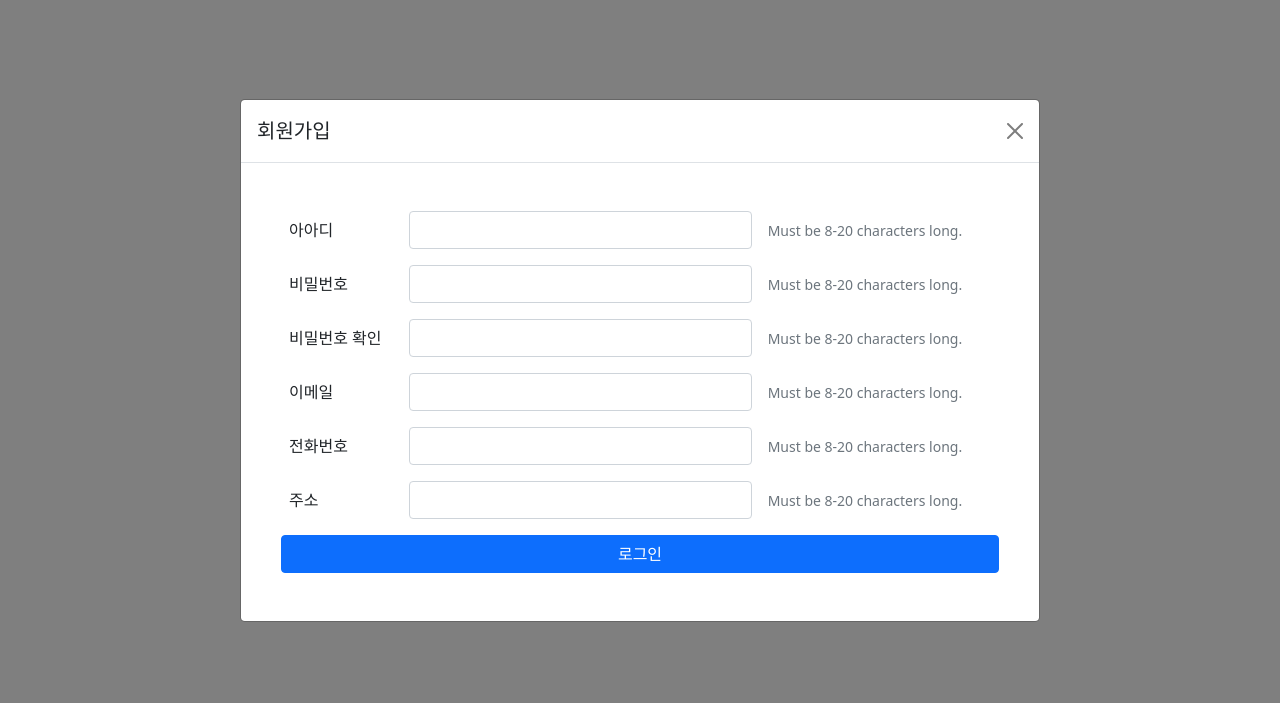
Repository: hyunha95/selfStudy
Page: http://localhost/spring-board/WEB-INF/views/member/enroll.jsp
An editor plug-in stored every save of this project. The page is shown before and after a run of saves, followed by the edit.
The browser window is 1280 px wide. The pictures show the whole page.
The page is served by Tomcat 9. Nobody is signed in. Other server files are loaded and not shown. The template is opened directly, without the code that normally fills it, so the values that code supplies are empty.

Above is the page before, as saved 2022-01-15 08:35:15.

### spring_workspace/spring-board/src/main/webapp/WEB-INF/views/member/enroll.jsp
<%@ page language="java" contentType="text/html; charset=UTF-8"
    pageEncoding="UTF-8"%>
<%@ taglib prefix="c" uri="http://java.sun.com/jsp/jstl/core"%>
<%@ taglib prefix="fmt" uri="http://java.sun.com/jsp/jstl/fmt"%>
<%@ taglib prefix="fn" uri="http://java.sun.com/jsp/jstl/functions"%>
<%@ taglib prefix="sec" uri="http://www.springframework.org/security/tags" %>
<%-- spring-webmvc의존 : security의 csrf토큰 생성 --%>
<%@ taglib prefix="form" uri="http://www.springframework.org/tags/form" %>
<!DOCTYPE html>
<html>
<head>
<!-- Required meta tags -->
<meta charset="utf-8">
<meta name="viewport" content="width=device-width, initial-scale=1">
<title>Insert title here</title>
<script src="https://code.jquery.com/jquery-3.6.0.js" integrity="sha256-H+K7U5CnXl1h5ywQfKtSj8PCmoN9aaq30gDh27Xc0jk=" crossorigin="anonymous"></script>
<link href="https://cdn.jsdelivr.net/npm/bootstrap@5.1.3/dist/css/bootstrap.min.css" rel="stylesheet" integrity="sha384-1BmE4kWBq78iYhFldvKuhfTAU6auU8tT94WrHftjDbrCEXSU1oBoqyl2QvZ6jIW3" crossorigin="anonymous">
<script>
$(() => {
	$(enrollModal)
		.modal('show')
		.on("hide.bs.modal", (e) => {
			location.href = '${pageContext.request.contextPath}';
		});
});
</script>

</head>
<body>
	<!-- Modal 시작 -->
	<div class="modal fade" id="enrollModal" data-bs-backdrop="static" data-bs-keyboard="false" tabindex="-1" aria-labelledby="staticBackdropLabel" aria-hidden="true">
	  <div class="modal-dialog modal-dialog-centered modal-lg">
	    <div class="modal-content">
	      <div class="modal-header">
	        <h5 class="modal-title" id="staticBackdropLabel">회원가입</h5>
	        <button type="button" class="btn-close" data-bs-dismiss="modal" aria-label="Close"></button>
	      </div>
	      <form:form
	      	id="enrollFrm"
	      	action="${pageContext.request.contextPath}/member/enroll.do"
	      	method="post"
	      	class="m-5">
	      	<div class="row g-3 align-items-center">
		        <!-- 아이디 -->
		          <div class="col-2">
				    <label for="id" class="col-form-label">아아디</label>
				  </div>
				  <div class="col-6">
				    <input type="text" id="id" class="form-control">
				  </div>
				  <div class="col-4">
				    <span id="idHelpInline" class="form-text">
				      Must be 8-20 characters long.
				    </span>
				  </div>
			    <!-- 비밀번호 -->
				<div class="col-2">
				    <label for="password" class="col-form-label">비밀번호</label>
				  </div>
				  <div class="col-6">
				    <input type="password" id="password" class="form-control">
				  </div>
				  <div class="col-4">
				    <span id="passwordHelpInline" class="form-text">
				      Must be 8-20 characters long.
				    </span>
				  </div>
				 <!-- 비밀번호 확인 -->
				 <div class="col-2">
				    <label for="passwordCheck" class="col-form-label">비밀번호 확인</label>
				  </div>
				  <div class="col-6">
				    <input type="password" id="passwordCheck" class="form-control">
				  </div>
				  <div class="col-4">
				    <span id="passwordCheckHelpInline" class="form-text">
				      Must be 8-20 characters long.
				    </span>
				  </div>
				  <!-- 이메일 -->
				   <div class="col-2">
				    <label for="email" class="col-form-label">이메일</label>
				  </div>
				  <div class="col-6">
				    <input type="email" id="email" class="form-control">
				  </div>
				  <div class="col-4">
				    <span id="emailHelpInline" class="form-text">
				      Must be 8-20 characters long.
				    </span>
				  </div>
				  <!-- 번호 -->
				  <div class="col-2">
				    <label for="phone" class="col-form-label">전화번호</label>
				  </div>
				  <div class="col-6">
				    <input type="text" id="phone" class="form-control">
				  </div>
				  <div class="col-4">
				    <span id="phoneHelpInline" class="form-text">
				      Must be 8-20 characters long.
				    </span>
				  </div>
				  <!-- 주소 -->
				  <div class="col-2">
				    <label for="address" class="col-form-label">주소</label>
				  </div>
				  <div class="col-6">
				    <input type="text" id="address" class="form-control">
				  </div>
				  <div class="col-4">
				    <span id="addressHelpInline" class="form-text">
				      Must be 8-20 characters long.
				    </span>
				  </div>
				<!-- submit 버튼 -->
			    <button type="submit" class="btn btn-primary mt-3">로그인</button>
	      	</div>
	      </form:form>
	    </div>
	  </div>
	</div>
	<!-- Modal 끝 -->
	<script src="https://cdn.jsdelivr.net/npm/bootstrap@5.1.3/dist/js/bootstrap.bundle.min.js" integrity="sha384-ka7Sk0Gln4gmtz2MlQnikT1wXgYsOg+OMhuP+IlRH9sENBO0LRn5q+8nbTov4+1p" crossorigin="anonymous"></script>
</body>
</html>

After the next 2 saves:
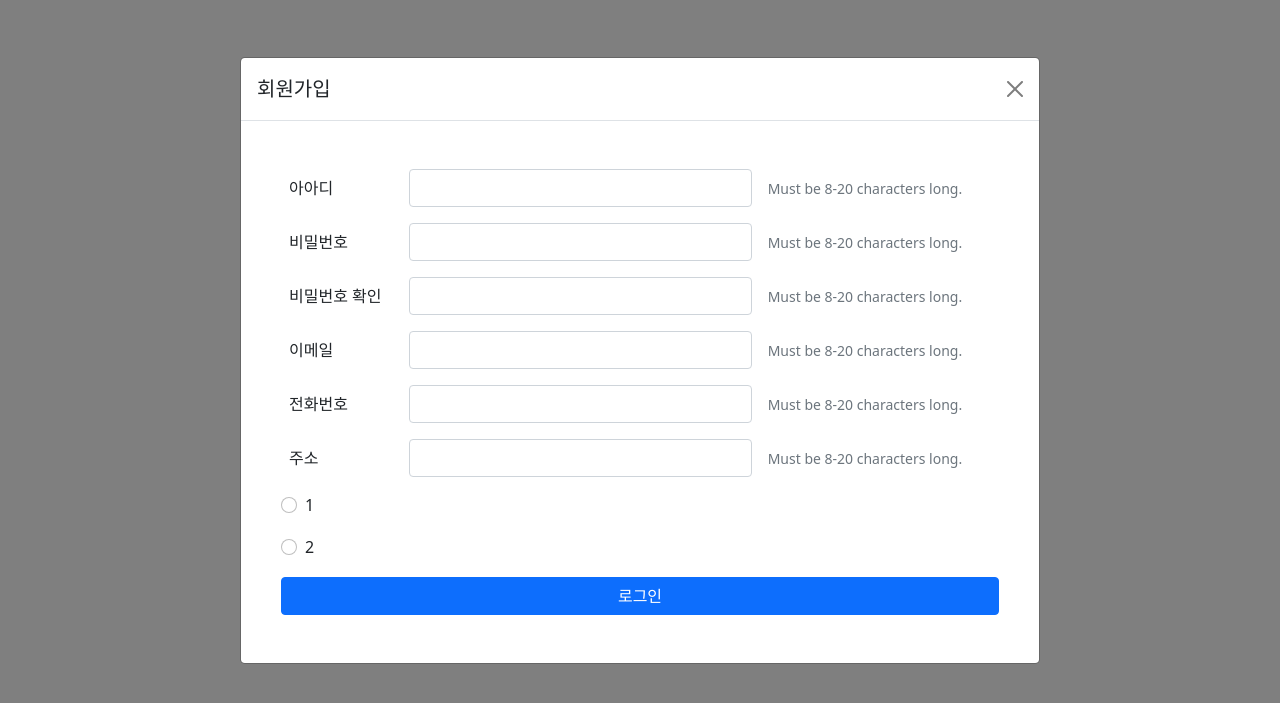
The 2 saves are shown as one change because they came seconds apart.
The last was saved 114 s later.
--- a/spring_workspace/spring-board/src/main/webapp/WEB-INF/views/member/enroll.jsp
+++ b/spring_workspace/spring-board/src/main/webapp/WEB-INF/views/member/enroll.jsp
@@ -113,6 +113,15 @@ $(() => {
 				      Must be 8-20 characters long.
 				    </span>
 				  </div>
+				  <!-- 성별 -->
+				  <div class="form-check form-check-inline">
+					  <input class="form-check-input" type="radio" name="inlineRadioOptions" id="inlineRadio1" value="option1">
+					  <label class="form-check-label" for="inlineRadio1">1</label>
+					</div>
+					<div class="form-check form-check-inline">
+					  <input class="form-check-input" type="radio" name="inlineRadioOptions" id="inlineRadio2" value="option2">
+					  <label class="form-check-label" for="inlineRadio2">2</label>
+				  </div>
 				<!-- submit 버튼 -->
 			    <button type="submit" class="btn btn-primary mt-3">로그인</button>
 	      	</div>
